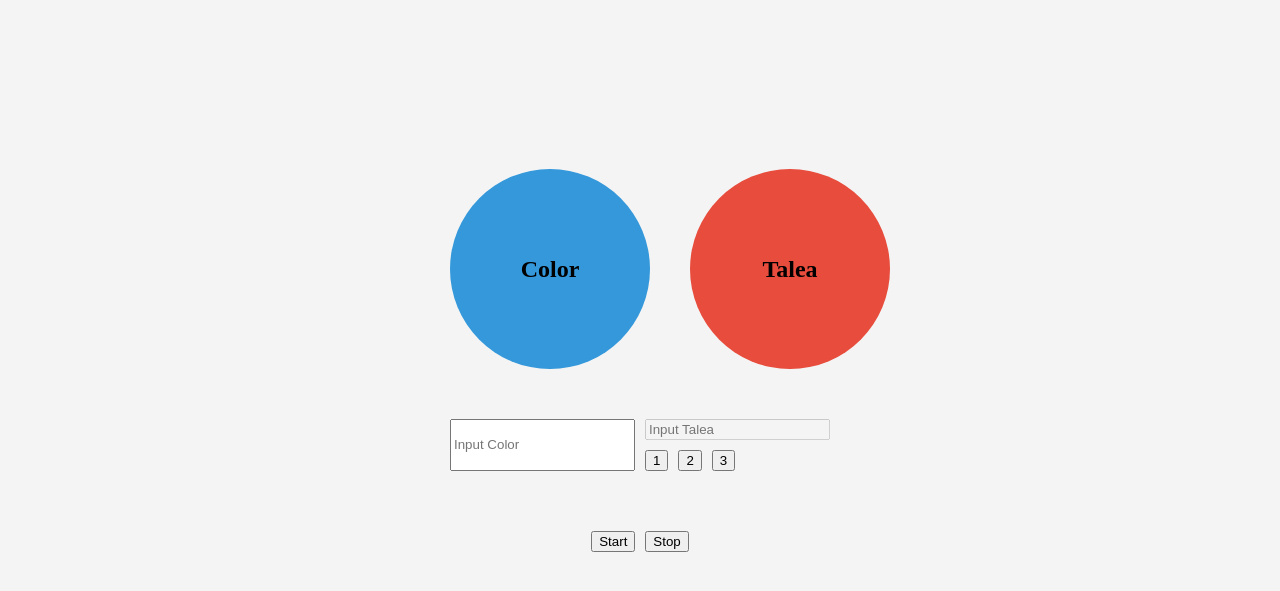
Repository: boshi-an/Isorhythm
Page: .vscode/Isorhythm/index.html
The author's editor kept a copy of each file at every save. The page is drawn from the files as they stood at one save, then again after the next save.
The browser window is 1280 px wide. The pictures show the whole page.

Above is the page before, as saved 2023-10-18 23:05:31.

After the next save:
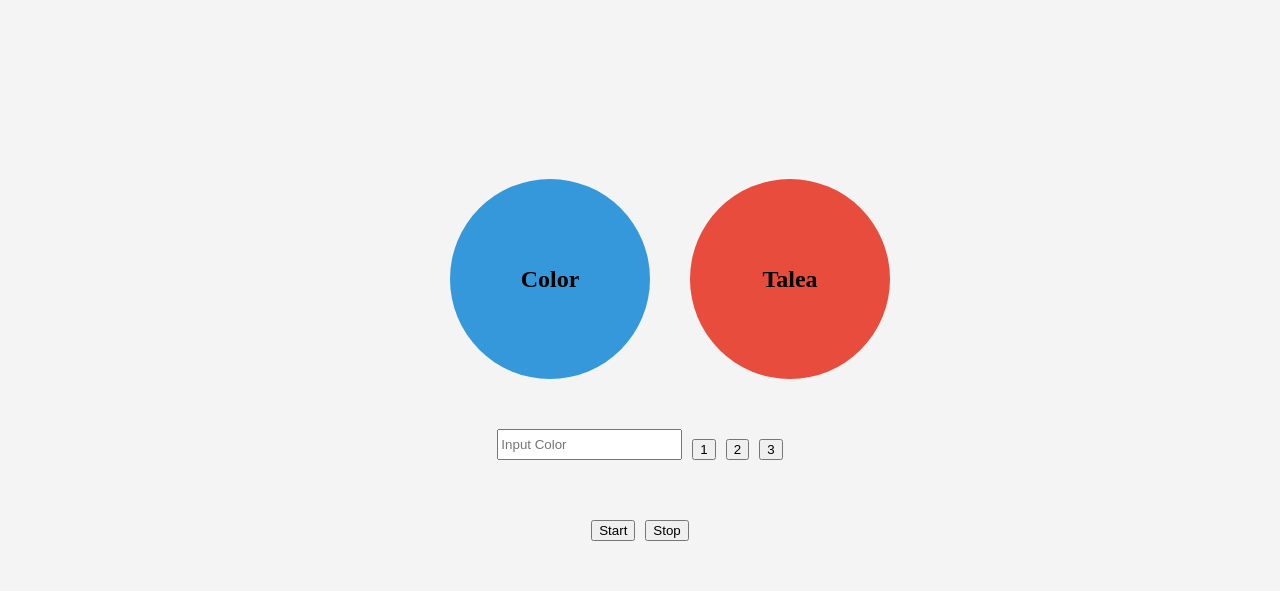
Saved 11 min 55 s later.
--- a/.vscode/Isorhythm/index.html
+++ b/.vscode/Isorhythm/index.html
@@ -20,9 +20,10 @@
     <div class="inputContainer">
         <input type="text" id="input1" placeholder="Input Color">
         <div class="taleaInputContainer">
-            <div class="taleaInputBox">
+            <div id="imageArea"></div>
+            <!-- <div class="taleaInputBox">
                 <input type="text" id="input2" placeholder="Input Talea" disabled>
-            </div>
+            </div> -->
             <div class="taleaInputButton">
                 <button id="button1" onclick="addNumber(1);">1</button>
                 <button id="button2" onclick="addNumber(2);">2</button>
